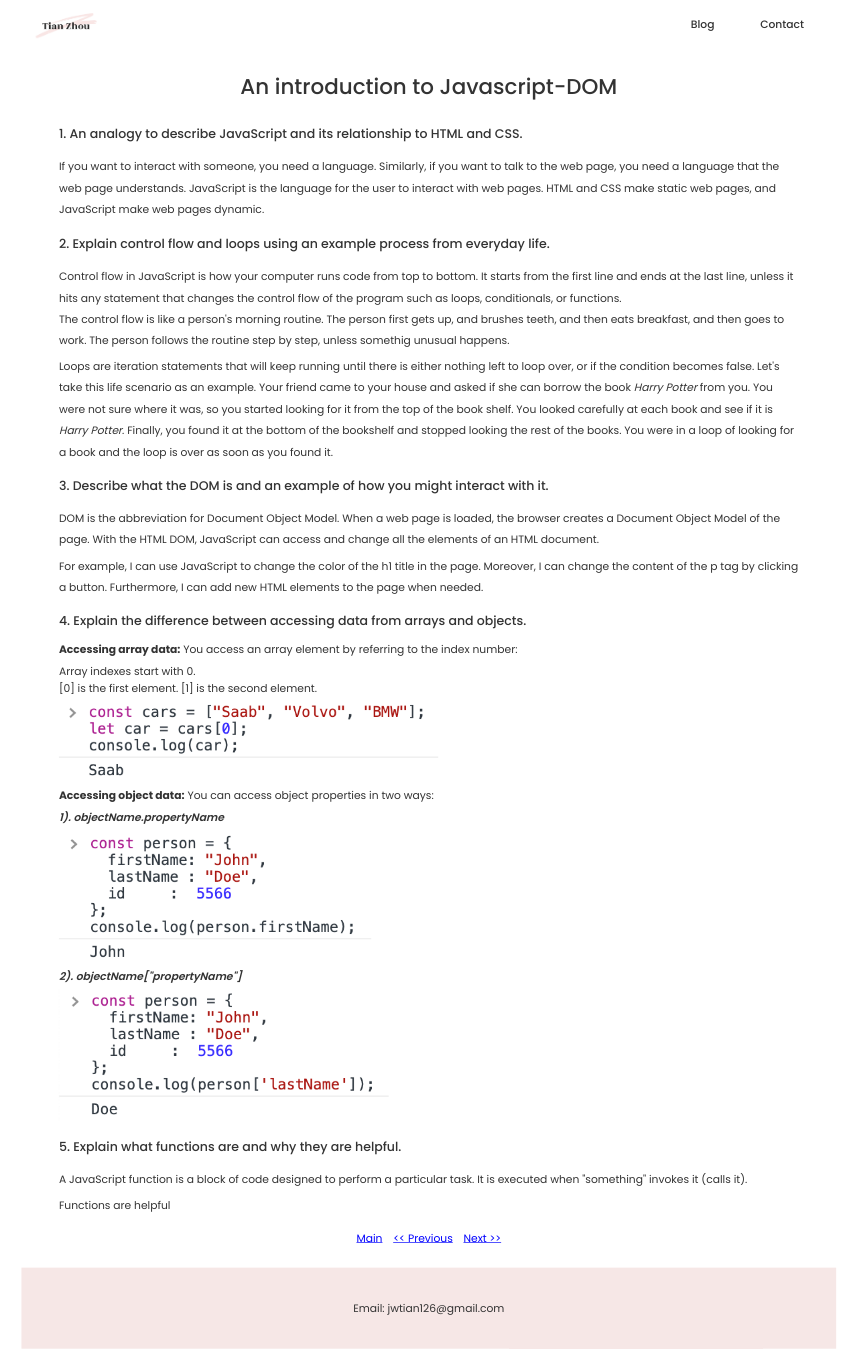
Repository: Tiaanz/Tiaanz.github.io
Page: blog/javascript-dom.html
The author's editor kept a copy of each file at every save. The page is drawn from the files as they stood at one save, then again after a run of saves.
The browser window is 1280 px wide. The pictures show the whole page, at 67% of full size.

Above is the page before, as saved 2023-01-25 16:57:09.

### blog/javascript-dom.html
<!DOCTYPE html>
<html lang="en">

<head>
    <meta charset="UTF-8">
    <meta http-equiv="X-UA-Compatible" content="IE=edge">
    <meta name="viewport" content="width=device-width, initial-scale=1.0">
    <link rel="stylesheet" href="../styles/main.css">
    <link href="https://fonts.googleapis.com/css2?family=Poppins:wght@300;400;500;600;700;800&display=swap"
        rel="stylesheet">
    <title>Tech Blog(Javascript-DOM)</title>
</head>

<body>
    <div class="container">
        <header>
            <div class="logo">
                <a href="../index.html"><img src="../images/logo.png" alt="logo"></a>
            </div>
            <div class="nav">
                <a href="../index.html#blogs">Blog</a>
                <a href="#footer">Contact</a>
            </div>
        </header>
        <main class="main-blog">
            <h1>An introduction to Javascript-DOM</h1>
            <h3>1. An analogy to describe JavaScript and its relationship to HTML and CSS.</h3>
            <p>
                If you want to interact with someone, you need a language. Similarly, if you want to talk to
                the web page, you need a language that the web page understands. JavaScript is the language for the user
                to interact with web pages.
                HTML and CSS make static web pages, and JavaScript make web pages dynamic.
            </p>
            <h3>2. Explain control flow and loops using an example process from everyday life.</h3>
            <p>
                Control flow in JavaScript is how your computer runs code from top to bottom. It starts
                from the first line and ends at the last line, unless it hits any statement that changes the control
                flow of the program such as loops, conditionals, or functions.<br />
                The control flow is like a person's morning routine. The person first gets up, and brushes teeth, and
                then eats breakfast, and then goes to work.
                The person follows the routine step by step, unless somethig unusual happens.
            </p>
            <p>
                Loops are iteration statements that will keep running until there is either nothing left to loop over,
                or if the condition becomes false.
                Let's take this life scenario as an example. Your friend came to your house and asked if she can borrow
                the book <i>Harry Potter</i> from you. You were not
                sure where it was, so you started looking for it from the top of the book shelf. You looked carefully at
                each book and see if it is <i>Harry Potter</i>.
                Finally, you found it at the bottom of the bookshelf and stopped looking the rest of the books. You were
                in a loop of looking for a book and the loop is over as soon as you found it.
            </p>
            <h3>3. Describe what the DOM is and an example of how you might interact with it.</h3>
            <p>DOM is the abbreviation for Document Object Model. When a web page is loaded, the browser creates a Document Object Model of the page. With the HTML DOM, JavaScript can access and change all the elements of an HTML document.</p>
            <p>
                For example, I can use JavaScript to change the color of the h1 title in the page. Moreover, I can change the content of the p tag by clicking a button.
                Furthermore, I can add new HTML elements to the page when needed.
            </p>
            <h3>4. Explain the difference between accessing data from arrays and objects.</h3>
            <ul>
                <li> <b>Accessing array data:</b> You access an array element by referring to the index number: </li>
                <li>Array indexes start with 0.<br/>
                    [0] is the first element. [1] is the second element.</li>
                <li><img src="../images/array.png" alt="array"></li>
                <li><b>Accessing object data:</b> You can access object properties in two ways: </li>
                <li style="font-weight: 600;"><i>1). objectName.propertyName</i></li>
                <li><img src="../images/object1.png" alt="object"></li>
                <li style="font-weight:600"><i>2). objectName["propertyName"]</i></li>
                <li><img src="../images/object2.png" alt="object"></li>
            </ul>
            <h3>5. Explain what functions are and why they are helpful.</h3>
            <p>A JavaScript function is a block of code designed to perform a particular task. It is executed when "something" invokes it (calls it).</p>
            <p>Functions are helpful</p>
            <div class="page-nav">
                <a href="../index.html">Main</a>
                <a href="./learning-plan.html"> &lt&lt Previous</a>
                <a href="#">Next >></a>
            </div>
        </main>
        <footer id="footer">
            <span>Email: jwtian126@gmail.com</span>
        </footer>
    </div>
</body>

</html>

### styles/main.css
* {
  margin: 0;
  padding: 0;
  box-sizing: border-box;
}

a {
  text-decoration: none;
  color: #333;
}



li{
  list-style: none;
}

img {
  max-width: 100%;
  height: auto;
  vertical-align: middle;
}

body {
  font-family: "Poppins", sans-serif;
  color: #333;
}

.container {
  display: flex;
  flex-direction: column;
  width: 95vw;
  margin: 0 auto;

}

header {
  display: flex;
  justify-content: space-between;
  align-items: center;
  padding: 1rem;
}

.logo {
  width: 100px;
  height: auto;
}



.nav a {
  margin: 0 1rem;
  padding: 0 1rem;
  font-weight: 500;
}

.nav a:hover {
  background-color: #f6e7e6;
}

main {
  display: flex;
  padding: 2rem 3rem;
}

main .profile-image {
  width: 100%;
  flex: 1.5;
  margin-right: 2rem;

}

main .introduction {
  flex: 1;
}

main .introduction h1 {
  margin-bottom: 1.5rem;
  font-weight: 500;
  font-size: 2.5rem;
}

main .introduction p {
  line-height: 2rem;
}

.blogs{
  display: flex;
  padding:1rem 3rem;
  margin-bottom: 2rem;

}

.blogs .tech-blog, .blogs .core-blog {
  flex:1;
  padding:0 3px;
  margin:0 3rem;
  text-align: center;
  border:2px solid #f6e7e6;
  border-radius: 20px;
}



.blogs h3{
  margin: 1rem 0;
  font-weight: 600;
  text-align: center;

}



.blogs a{
  text-decoration: underline;
  line-height: 2rem;
}

.main-blog{
    flex-direction: column;
    align-self: center;
    max-width: 1200px;
}

.main-blog h1{
  margin-bottom: 1rem;
  text-align: center;
  font-size: 2rem;
  font-weight: 500;

}

.main-blog h3{
  font-weight: 500;
  margin:1rem 0;
}

.main-blog ul li{
  margin-bottom: 0.5rem;
}

.main-blog .css-image{
 max-width: 300px;
 margin: 1rem 0;
}

.main-blog .div-image{
  max-width: 600px;
  margin-top: 1rem;
 }

 .main-blog p{
  margin: 0.2rem 0;
  line-height: 2rem;
 }

 .main-blog .page-nav{
  margin-top: 1rem;
  display: flex;
  gap:1rem;
  justify-content: center;
 }

 .main-blog .page-nav a{
  color:blue;
  text-decoration: underline;
 }

footer {
  padding: 3rem;
  background-color: #f6e7e6;
  text-align: center;
}

@media screen and (max-width: 1200px) {
  main {
    flex-direction: column;
  }

  main .introduction h1 {
    margin-top: 1rem;
    text-align: center;
  }

  main .introduction p {
    line-height: 2rem;
  }

  .blogs{
  flex-direction: column;
  gap:2rem;
  }

  .blogs .tech-blog, .blogs .core-blog{
    margin:0;
  }

}

@media screen and (max-width: 768px) {
  main {
    padding: 2rem;
  }

  main .introduction h1 {
    font-size: 2rem;
  }

  .main-blog h1{
    font-size: 1.5rem;
  }
}

@media screen and (max-width: 400px) {

    .nav a {
        margin: 0;
        padding: 0 0.4rem;
      }

      .blogs a{
        line-height: 2.5rem;
      }

  }

@media screen and (max-width: 320px) {


  main .introduction h1 {
    font-size: 1rem;
    margin-bottom: 1rem;
  }

  .main-blog h1{
    font-size: 1.2rem;
  }
}

After the next 4 saves:
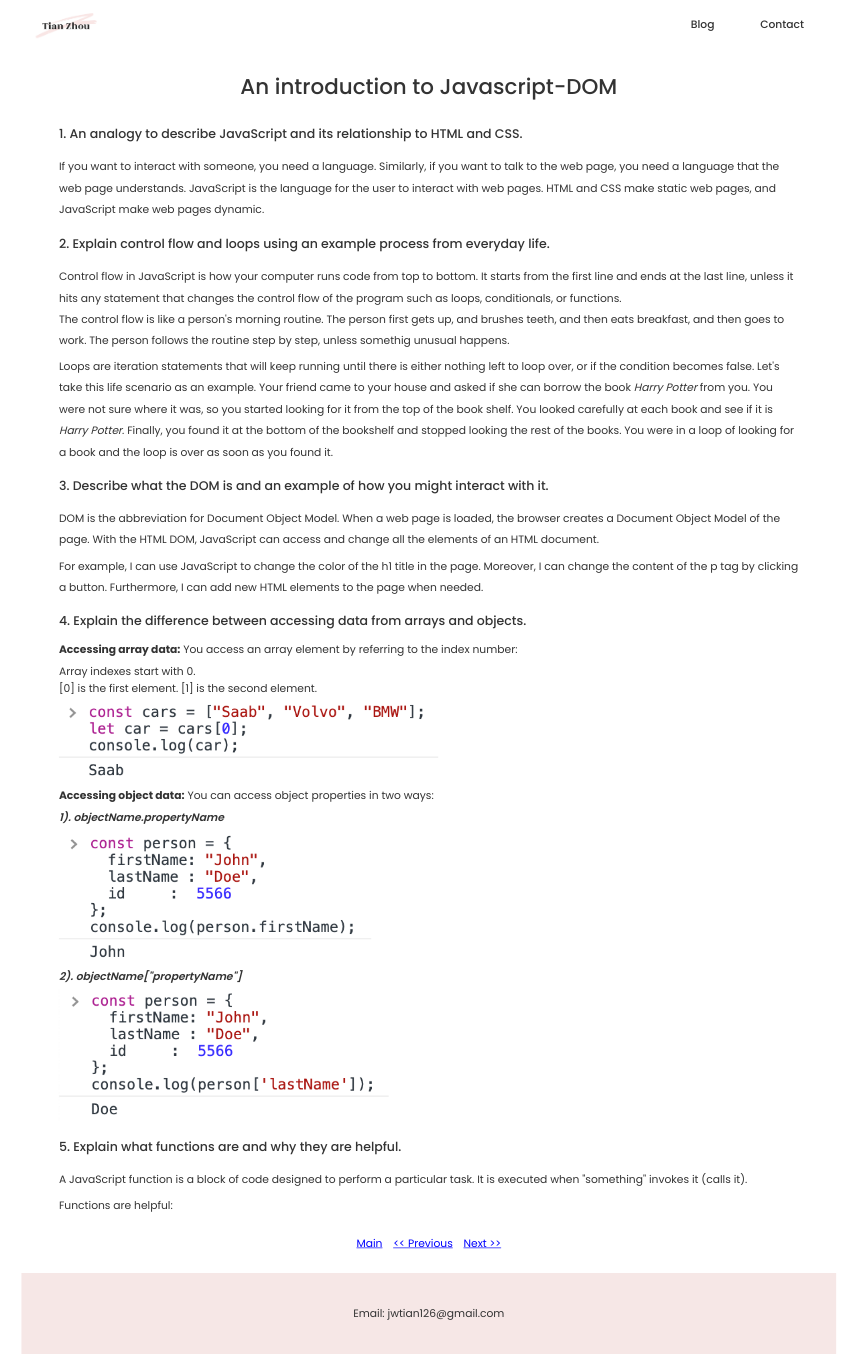
The 4 saves are shown as one change because they came seconds apart.
The last was saved 11 s later.
--- a/blog/javascript-dom.html
+++ b/blog/javascript-dom.html
@@ -70,7 +70,10 @@
             </ul>
             <h3>5. Explain what functions are and why they are helpful.</h3>
             <p>A JavaScript function is a block of code designed to perform a particular task. It is executed when "something" invokes it (calls it).</p>
-            <p>Functions are helpful</p>
+            <p>Functions are helpful:</p>
+            <ul>
+                <li></li>
+            </ul>
             <div class="page-nav">
                 <a href="../index.html">Main</a>
                 <a href="./learning-plan.html"> &lt&lt Previous</a>
